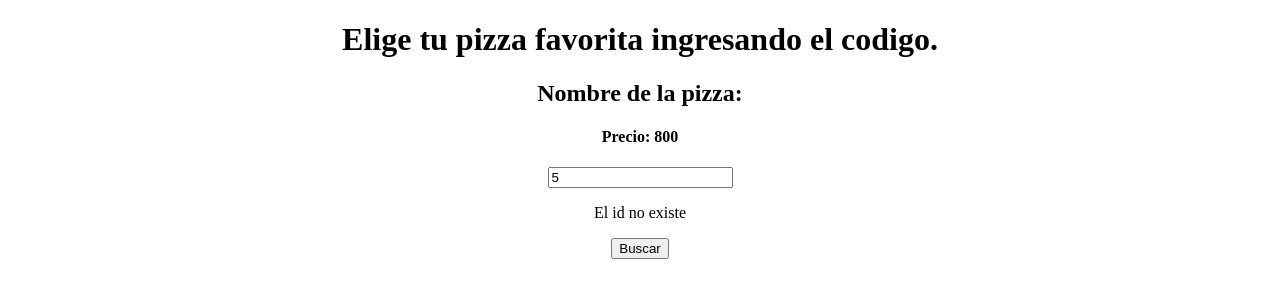
Repository: lucas-itup/E1-JAVASCRIPT
Page: index.html
These files come from the project's save history. The page is drawn as it stood at one moment and after the next save; the edit follows.
The browser window is 1280 px wide. The pictures show the whole page.
Empty fields were first filled with sample values (such as "Sample", 5 or name@example.com).
After loading, the first visible `button` was clicked once.

Above is the page before, as saved 2022-09-11 21:16:54.

### index.html
<!DOCTYPE html>
<html lang="en">

<head>
    <meta charset="UTF-8">
    <meta http-equiv="X-UA-Compatible" content="IE=edge">
    <meta name="viewport" content="width=device-width, initial-scale=1.0">

    <title>E1-JAVASCRIPT</title>
</head>

<body>
    <div id="listado-pizzas" style="text-align: center;">
        <div>
            <h1>Elige tu pizza favorita ingresando el codigo.</h1>

            <h2>Nombre de la pizza: <span id="nombre-pizza"> </span></h2>
            <h4>Precio: <span id="precio-pizza"></span></h4>
        </div>
        <div>
            <input type="number" value="" id="value-id">
            <p id="input-vacio"> </p>
            <button onclick="buscarPizza()" type="button">Buscar</button>
        </div>
    </div>
    <script src="/assets/index.js"></script>
</body>

</html>

### assets/index.js
let pizza1 = {
    id: '1',
    nombre: 'Muzarella',
    ingredientes: [
        'tomate', 'muzarella', 'oregano'
    ],
    precio: '600'
}
let pizza2 = {
    id: '2',
    nombre: 'Napolitana',
    ingredientes: [
        'jamon', 'huevo', 'queso'
    ],
    precio: '300'
}
let pizza3 = {
    id: '3',
    nombre: 'Americana',
    ingredientes: [
        'huevoFrito', 'peperoni', 'roquefort'
    ],
    precio: '200'
}
let pizza4 = {
    id: '4',
    nombre: 'Rucula',
    ingredientes: [
        'verduras', 'palmito', 'especias'
    ],
    precio: '500'
}
let pizza5 = {
    id: '5',
    nombre: 'Especial',
    ingredientes: [
        'salsa', 'harina', 'crema'
    ],
    precio: '800'
}
let pizza6 = {
    id: '6',
    nombre: 'DE_LA_CASA',
    ingredientes: [
        'anchoas', 'pimientos', 'hongos'
    ],
    precio: '900'
}

let pizzas = [pizza1, pizza2, pizza3, pizza4, pizza5, pizza6]
let listado = document.getElementById('listado-pizzas');

const buscarPizza = () => {
    let valueid = document.getElementById('value-id').value;
    var precioPizza = document.getElementById('precio-pizza');
    var inputVacio = document.getElementById('input-vacio')
    inputVacio.textContent = "";

    validarInputBlanco(valueid, inputVacio)

    var found = pizzas.find(function(post, index) {
        console.log(post.id);
        console.log(valueid)
        if (post.id == valueid) {
            precioPizza.textContent = post.precio
        } else {
            inputVacio.textContent = "El id no existe"
        }

    });


}

const validarInputBlanco = (valueid, inputVacio, post) => {

    if (valueid == "") return inputVacio.textContent = "Debes ingresar un valor numerico"
}

After the next save:
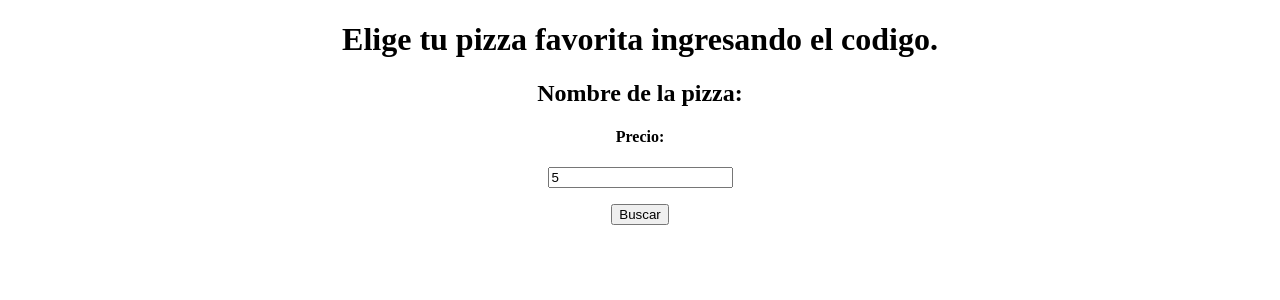
Saved 2 min 21 s later.
--- a/assets/index.js
+++ b/assets/index.js
@@ -61,18 +61,14 @@
     var found = pizzas.find(function(post, index) {
         console.log(post.id);
         console.log(valueid)
-        if (post.id == valueid) {
-            precioPizza.textContent = post.precio
-        } else {
-            inputVacio.textContent = "El id no existe"
-        }
+        if (post.id == valueid) return true;
+
 
     });
-
-
+    console.log(found)
+    if (found == true) inputVacio.textContent = "El id no existe"
 }
 
 const validarInputBlanco = (valueid, inputVacio, post) => {
-
     if (valueid == "") return inputVacio.textContent = "Debes ingresar un valor numerico"
 }

After the 4 saves that followed:
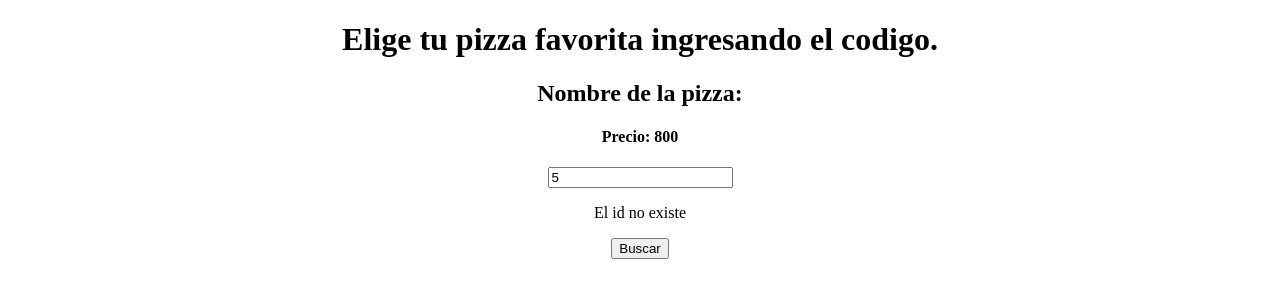
The 4 saves are shown as one change because 3 left the picture as it was.
The last was saved 2 min 16 s later.
--- a/assets/index.js
+++ b/assets/index.js
@@ -59,14 +59,15 @@
     validarInputBlanco(valueid, inputVacio)
 
     var found = pizzas.find(function(post, index) {
-        console.log(post.id);
-        console.log(valueid)
-        if (post.id == valueid) return true;
+
+        if (post.id == valueid)
+            precioPizza.textContent = post.precio;
+
 
 
     });
     console.log(found)
-    if (found == true) inputVacio.textContent = "El id no existe"
+    if (found == undefined) inputVacio.textContent = "El id no existe"
 }
 
 const validarInputBlanco = (valueid, inputVacio, post) => {
